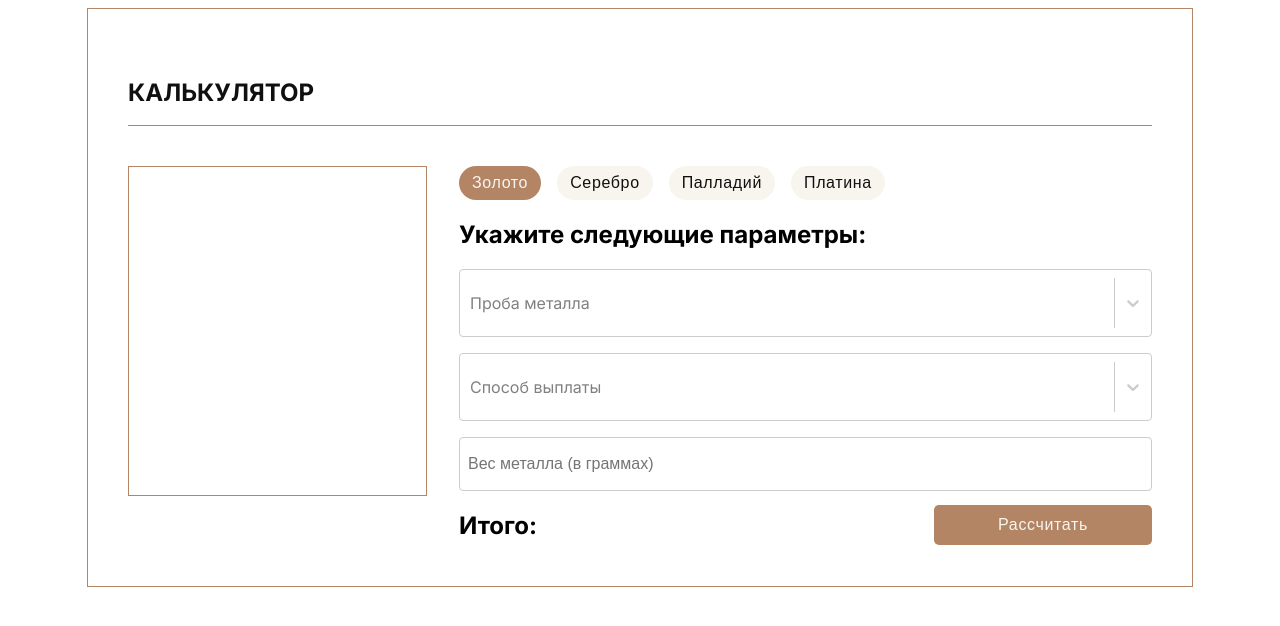
Repository: Kirill2034/Calculator-metal
Page: /
These files come from the project's save history. The page is drawn as it stood at one moment and after the next save; the edit follows.
The browser window is 1280 px wide. The pictures show the whole page.
The project was rebuilt for these pictures with package versions that can differ from the ones it lists, and the page was loaded fresh each time.

Above is the page before, as saved 2021-11-27 20:50:09.

After the next save:
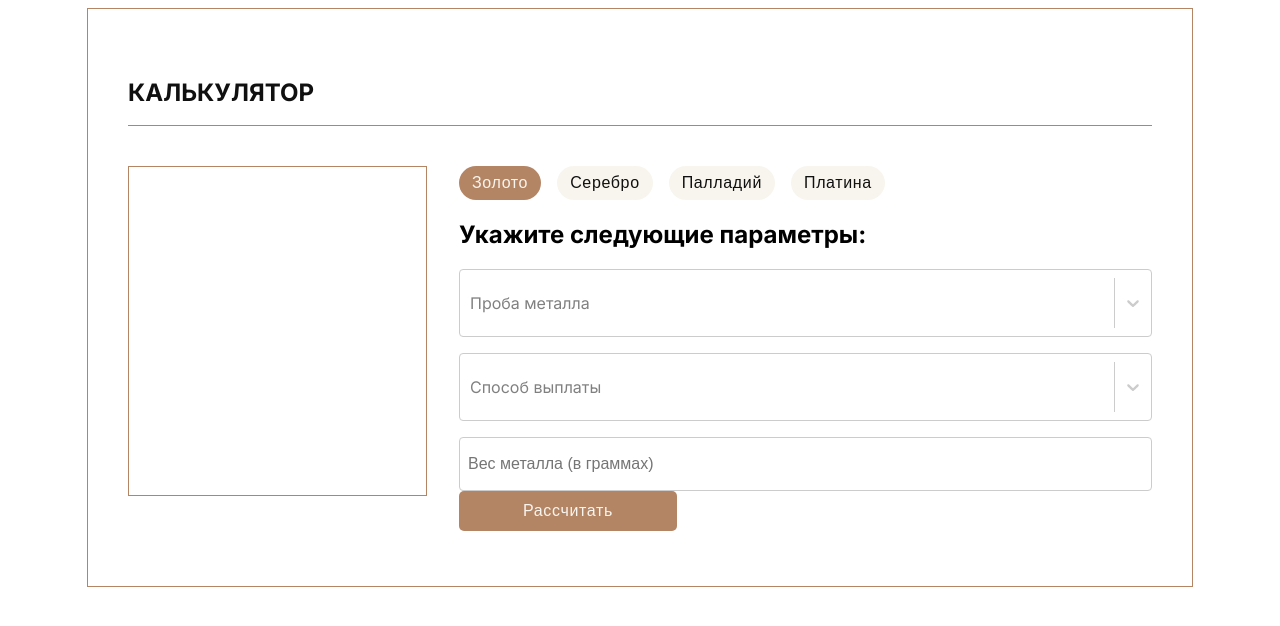
Saved 5 min 15 s later.
--- a/src/App.css
+++ b/src/App.css
@@ -1,10 +1,81 @@
-.App {width: 1024px; height: 537px; border: 1px solid #B48565; margin: 0 auto; font-family: 'Inter', sans-serif; padding: 0 40px; padding-bottom: 40px;}
-.App .title {border-bottom: 1px solid #B48565; text-transform: uppercase; font-weight: 900; font-size: 16px; line-height: 24px; color: #101010; margin-top: 72px; margin-bottom: 40px;}
+.App {
+  width: 1024px;
+  height: 537px;
+  border: 1px solid #b48565;
+  margin: 0 auto;
+  font-family: "Inter", sans-serif;
+  padding: 0 40px;
+  padding-bottom: 40px;
+}
+.App .title {
+  border-bottom: 1px solid #b48565;
+  text-transform: uppercase;
+  font-weight: 900;
+  font-size: 16px;
+  line-height: 24px;
+  color: #101010;
+  margin-top: 72px;
+  margin-bottom: 40px;
+}
 
-.App .calculator {display: flex;}
-.App .calculator .metal-image {width: 30%; height: 328px; border: 1px solid #B48565; margin-right: 32px;}
-.App .calculator .content {width: 70%;}
-.App .calculator .calculate {display: flex; align-items: center; justify-content: space-between}
-.App .calculator .calculate button {border: none; box-shadow: none; outline: none; background: #B48565; border-radius: 5px; font-weight: normal; font-size: 16px; line-height: 24px; letter-spacing: 0.04em; color: #F8F5EE; padding: 8px 64px; cursor: pointer;}
-.App .calculator .select-prop-metal input {-webkit-box-align: center; align-items: center; background-color: hsl(0, 0%, 100%); border-color: hsl(0, 0%, 80%); border-radius: 4px; border-style: solid; border-width: 1px; cursor: default; display: flex; flex-wrap: wrap; -webkit-box-pack: justify; justify-content: space-between; min-height: 38px; outline: 0!important; position: relative; transition: all 100ms; box-sizing: border-box; height: 54px; padding: 2px 8px; width: 100%; font-size: 16px; line-height: 24px; color: #101010}
-.App .select {margin-bottom: 16px;}
+.App .calculator {
+  display: flex;
+}
+.App .calculator .metal-image {
+  width: 30%;
+  height: 328px;
+  border: 1px solid #b48565;
+  margin-right: 32px;
+}
+.App .calculator .content {
+  width: 70%;
+}
+.App .calculator .calculate {
+  display: flex;
+  align-items: center;
+  justify-content: space-between;
+}
+.App .calculator .calculate button {
+  border: none;
+  box-shadow: none;
+  outline: none;
+  background: #b48565;
+  border-radius: 5px;
+  font-weight: normal;
+  font-size: 16px;
+  line-height: 24px;
+  letter-spacing: 0.04em;
+  color: #f8f5ee;
+  padding: 8px 64px;
+  cursor: pointer;
+}
+.App .calculator .select-prop-metal input {
+  -webkit-box-align: center;
+  align-items: center;
+  background-color: hsl(0, 0%, 100%);
+  border-color: hsl(0, 0%, 80%);
+  border-radius: 4px;
+  border-style: solid;
+  border-width: 1px;
+  cursor: default;
+  display: flex;
+  flex-wrap: wrap;
+  -webkit-box-pack: justify;
+  justify-content: space-between;
+  min-height: 38px;
+  outline: 0 !important;
+  position: relative;
+  transition: all 100ms;
+  box-sizing: border-box;
+  height: 54px;
+  padding: 2px 8px;
+  width: 100%;
+  font-size: 16px;
+  line-height: 24px;
+  color: #101010;
+}
+.App .select {
+  margin-bottom: 16px;
+}
+
+.App .calculate h2 {display: none;}

After the save that followed:
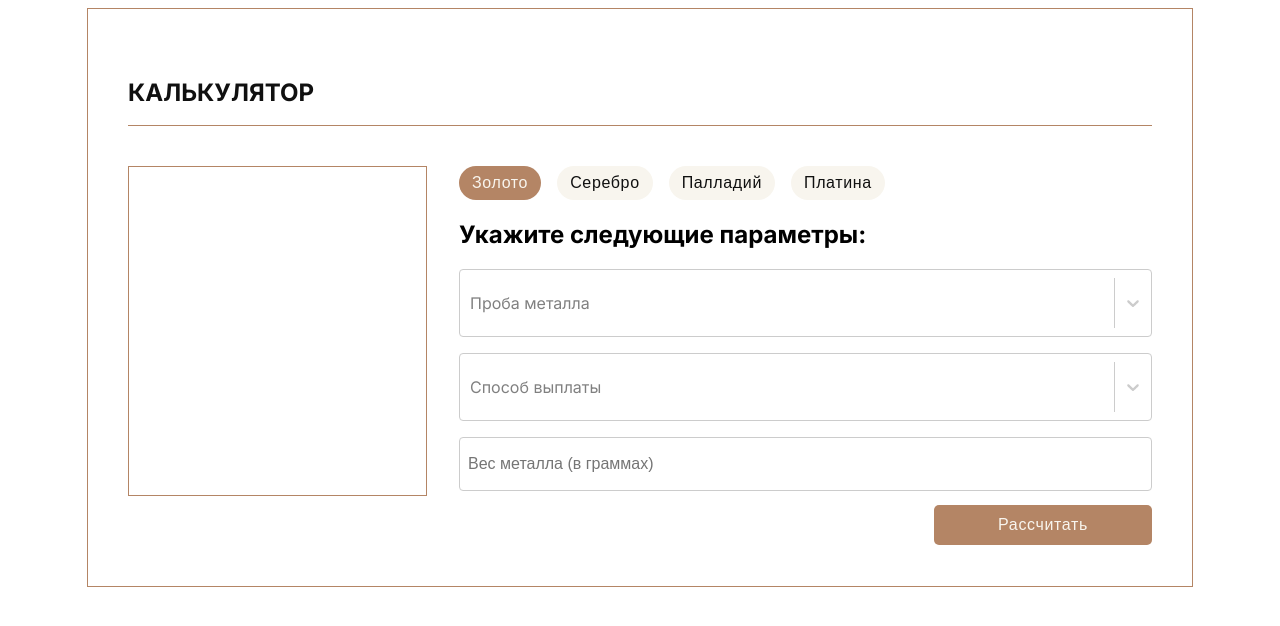
Saved 22 s later.
--- a/src/App.css
+++ b/src/App.css
@@ -78,4 +78,4 @@
   margin-bottom: 16px;
 }
 
-.App .calculate h2 {display: none;}
+.App .calculate h2 {color: transparent}
